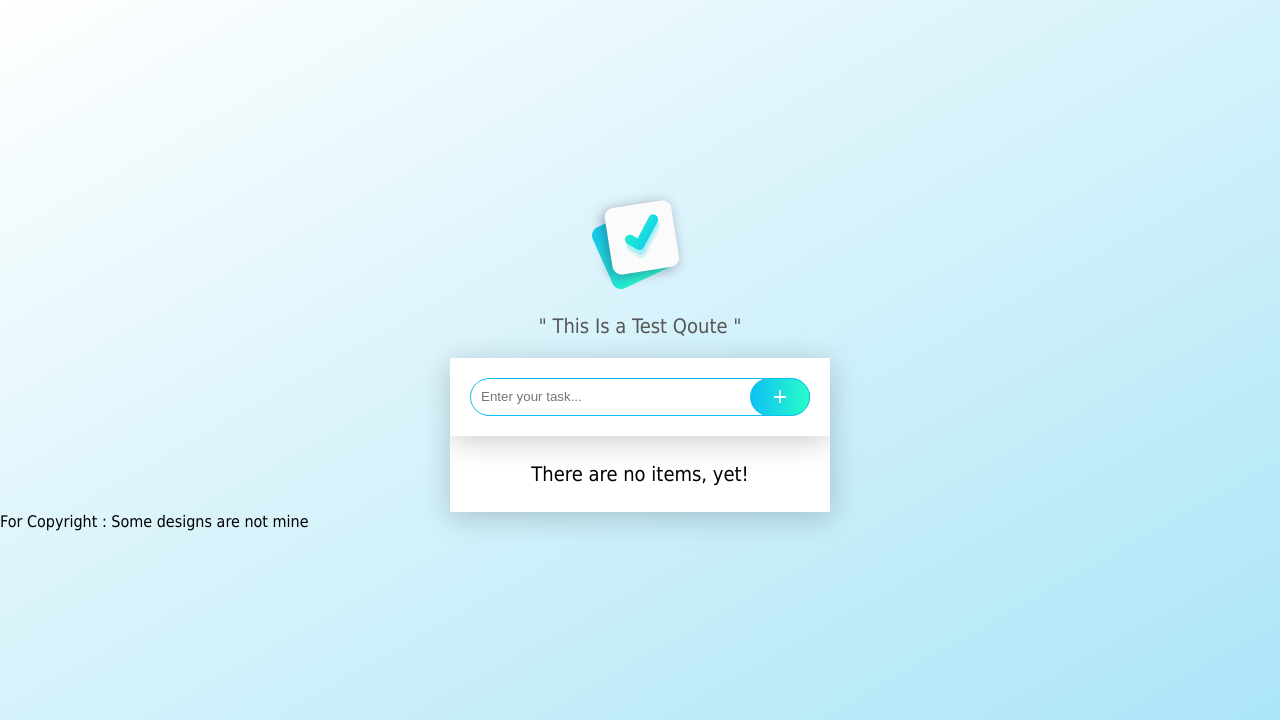
Repository: ahmedhamed15/React-Todo
Page: /
An editor plug-in stored every save of this project. The page is shown before and after the next save, followed by the edit.
The browser window is 1280 px wide. The pictures show the whole page.
The project was rebuilt for these pictures with package versions that can differ from the ones it lists, and the page was loaded fresh each time. Also part of the build but not shown: src/components/Todos/TodoItem/index.js.

Above is the page before, as saved 2021-07-27 02:16:12.

### src/index.js
import React from 'react';
import ReactDOM from 'react-dom';
import './index.scss';
import App from './App';

ReactDOM.render(<App />,document.getElementById('root'));

### src/index.scss
html {
  background-image: linear-gradient(to right bottom, #ffffff, #abe5f7);
  height: 100%;
  display: flex;
}
body {
  width: 100%;
  margin: auto;
  margin: 0;
  padding: 0;
  font-family: 'tahoma', arial;
}

#root {
  height: 100%;
}
.App {
  display: flex;
  flex-direction: column;
  justify-content: center;
  height: 100%;
}

/* width */
::-webkit-scrollbar {
  width: 5px;
}

/* Track */
::-webkit-scrollbar-track {
  background: #f1f1f1;
}

/* Handle */
::-webkit-scrollbar-thumb {
  background-image: linear-gradient(to bottom, #0FC0F5, #27FDC7);
}

/* Handle on hover */
::-webkit-scrollbar-thumb:hover {
  background-image: linear-gradient(to bottom, #27FDC7, #0FC0F5);
}

### src/App.js
import MainLogo from "./components/MainLogo";
import Qoute from "./components/Qoute";
import TodoList from "./components/Todos/TodoList";

function App() {
  return (
    <section className="App">
      <MainLogo />
      <Qoute />
      <TodoList />
    </section>
  );
}

export default App;

### src/components/MainLogo/index.js
import "./style.scss"

const index = () => {
    return (
        <section className="main-logo">
            <svg width="100px" height="100px" viewBox="0 0 100 100" version="1.1" xmlns="http://www.w3.org/2000/svg" xmlnsXlink="http://www.w3.org/1999/xlink">
                <desc>Created with Sketch.</desc>
                <defs>
                <linearGradient x1="34.9523037%" y1="0%" x2="116.039609%" y2="115.484477%" id="linearGradient-1">
                    <stop stopColor="#27FDC7" offset="0%"></stop>
                    <stop stopColor="#0FC0F5" offset="100%"></stop>
                </linearGradient>
                <rect id="path-2" x="19.8783454" y="5.46149939" width="67.2578578" height="67.2008596" rx="8.99999976"></rect>
                <filter x="-35.7%" y="-28.3%" width="162.4%" height="162.5%" filterUnits="objectBoundingBox" id="filter-3">
                    <feOffset dx="-3" dy="2" in="SourceAlpha" result="shadowOffsetOuter1"></feOffset>
                    <feGaussianBlur stdDeviation="6.5" in="shadowOffsetOuter1" result="shadowBlurOuter1"></feGaussianBlur>
                    <feColorMatrix values="0 0 0 0 0.0296505968   0 0 0 0 0.0172602666   0 0 0 0 0.100446429  0 0 0 0.423177083 0" type="matrix" in="shadowBlurOuter1"></feColorMatrix>
                </filter>
                <linearGradient x1="0%" y1="0%" x2="115.291753%" y2="112.548614%" id="linearGradient-4">
                    <stop stopColor="#27FDC7" offset="0%"></stop>
                    <stop stopColor="#0FC0F5" offset="83.2001616%"></stop>
                    <stop stopColor="#27FDC7" offset="100%"></stop>
                </linearGradient>
                <path d="M40.2086259,6.21042694 C39.2480415,5.24152695 38.1027468,4.75708888 36.7727039,4.75708888 C35.4426658,4.75708888 34.3096854,5.24152695 33.3737297,6.21042694 L16.3049725,23.7622477 L12.0193093,19.3649757 C11.0833536,18.3960804 9.9503732,17.9116376 8.62033507,17.9116376 C7.29029269,17.9116376 6.14499751,18.3960804 5.1844131,19.3649757 C4.24845898,20.3338709 3.78048896,21.5077058 3.78048896,22.8865186 C3.78048896,24.2653314 4.24845898,25.4391663 5.1844131,26.4080615 L12.8690505,34.3082476 C13.8296349,35.2771428 14.9749296,35.7615833 16.3049725,35.7615833 C17.6350106,35.7615833 18.767991,35.2771428 19.7039467,34.3082476 L40.2086259,13.2535128 C41.1445816,12.2597758 41.61255,11.0797257 41.61255,9.71333379 C41.61255,8.34694665 41.1445816,7.17932216 40.2086259,6.21042694 Z" id="path-5"></path>
                <filter x="-51.5%" y="-62.9%" width="203.1%" height="225.8%" filterUnits="objectBoundingBox" id="filter-6">
                    <feOffset dx="0" dy="0" in="SourceAlpha" result="shadowOffsetOuter1"></feOffset>
                    <feGaussianBlur stdDeviation="6.5" in="shadowOffsetOuter1" result="shadowBlurOuter1"></feGaussianBlur>
                    <feColorMatrix values="0 0 0 0 1   0 0 0 0 1   0 0 0 0 1  0 0 0 0.588937953 0" type="matrix" in="shadowBlurOuter1"></feColorMatrix>
                </filter>
                </defs>
                <g id="Page-1" stroke="none" strokeWidth="1" fill="none" fillRule="evenodd">
                <g id="Artboard-2" transform="translate(-214.000000, -272.000000)">
                    <g id="Group-4" transform="translate(201.000000, 269.000000)">
                        <g id="Group-3" transform="translate(58.787474, 58.534712) rotate(-6.000000) translate(-58.787474, -58.534712) translate(5.642436, 5.434712)">
                            <g id="Group-2" transform="translate(52.899385, 53.035097) rotate(7.000000) translate(-52.899385, -53.035097) translate(5.609309, 5.785097)">
                            <path d="M20.0219734,15.1240886 L74.1829282,14.1930575 C79.1527566,14.1076258 83.2508546,18.0672116 83.3362864,23.03704 C83.3371726,23.0885978 83.3376158,23.1401624 83.3376158,23.1917278 L83.3376158,72.0429044 C83.3376158,76.9531616 79.4018358,80.9571794 74.4923039,81.0415747 L20.3313491,81.9726057 C15.3615207,82.0580374 11.2634227,78.0984516 11.1779909,73.1286232 C11.1771047,73.0770654 11.1766615,73.0255009 11.1766615,72.9739354 L11.1766615,24.1227589 C11.1766615,19.2125016 15.1124415,15.2084838 20.0219734,15.1240886 Z" id="Rectangle" fill="url(#linearGradient-1)" transform="translate(47.257139, 48.082832) scale(-1, -1) rotate(-25.000000) translate(-47.257139, -48.082832) "></path>
                            <g id="Rectangle" transform="translate(53.507274, 39.061929) rotate(-10.000000) translate(-53.507274, -39.061929) ">
                                <use fill="black" fillOpacity="1" filter="url(#filter-3)" xlinkHref="#path-2"></use>
                                <use fill="#FBFBFB" fillRule="evenodd" xlinkHref="#path-2"></use>
                            </g>
                            </g>
                        </g>
                        <g id="Group-5" transform="translate(43.000000, 26.000000)">
                            <path d="M41.1093892,10.5623533 C40.1488048,9.59345333 39.0035101,9.10901526 37.6734673,9.10901526 C36.3434291,9.10901526 35.2104488,9.59345333 34.274493,10.5623533 L17.2057358,28.1141741 L12.9200727,23.716902 C11.9841169,22.7480068 10.8511366,22.263564 9.52109843,22.263564 C8.19105605,22.263564 7.04576086,22.7480068 6.08517646,23.716902 C5.14922234,24.6857973 4.68125232,25.8596322 4.68125232,27.238445 C4.68125232,28.6172578 5.14922234,29.7910927 6.08517646,30.7599879 L13.7698139,38.660174 C14.7303983,39.6290692 15.875693,40.1135096 17.2057358,40.1135096 C18.535774,40.1135096 19.6687543,39.6290692 20.6047101,38.660174 L41.1093892,17.6054392 C42.045345,16.6117022 42.5133134,15.4316521 42.5133134,14.0652602 C42.5133134,12.698873 42.045345,11.5312485 41.1093892,10.5623533 Z" id="Page-1" fill="url(#linearGradient-4)" opacity="0.3" transform="translate(23.597283, 24.611262) rotate(-16.000000) translate(-23.597283, -24.611262) "></path>
                            <path d="M42.0101526,14.2623533 C41.0495682,13.2934533 39.9042735,12.8090153 38.5742306,12.8090153 C37.2441925,12.8090153 36.1112121,13.2934533 35.1752564,14.2623533 L18.1064992,31.8141741 L13.820836,27.416902 C12.8848803,26.4480068 11.7518999,25.963564 10.4218618,25.963564 C9.09181941,25.963564 7.94652422,26.4480068 6.98593982,27.416902 C6.78271177,27.6272827 6.60154798,27.8473258 6.4424483,28.0770317 C5.8688243,28.9052219 5.58201568,29.8590202 5.58201568,30.938445 C5.58201568,32.3172578 6.04998569,33.4910927 6.98593982,34.4599879 L14.6705772,42.360174 C15.6311616,43.3290692 16.7764563,43.8135096 18.1064992,43.8135096 C19.4365373,43.8135096 20.5695177,43.3290692 21.5054734,42.360174 L42.0101526,21.3054392 C42.9461083,20.3117022 43.4140767,19.1316521 43.4140767,17.7652602 C43.4140767,16.398873 42.9461083,15.2312485 42.0101526,14.2623533 Z" id="Page-1" fill="url(#linearGradient-4)" opacity="0.2" transform="translate(24.498046, 28.311262) rotate(-16.000000) translate(-24.498046, -28.311262) "></path>
                            <g id="Page-1" transform="translate(22.696519, 20.259336) rotate(-16.000000) translate(-22.696519, -20.259336) ">
                            <use fill="black" fillOpacity="1" filter="url(#filter-6)" xlinkHref="#path-5"></use>
                            <use fill="url(#linearGradient-4)" fillRule="evenodd" xlinkHref="#path-5"></use>
                            </g>
                        </g>
                    </g>
                </g>
                </g>
            </svg>
        </section>
    )
}

export default index

### src/components/Qoute/index.js
import "./style.scss"

const index = () => {
    return (
        <section className="qoute">
            <blockquote> This Is a Test Qoute </blockquote>
        </section>
    )
}

export default index

### src/components/Todos/TodoList/index.js
import React, {useState} from 'react';
import TodoItem from "../TodoItem";
import TodoFrom from "../TodoForm";
import "./style.scss"

const Index = () => {

    // Main State
    const [state, setState] = useState({
        tasks: localStorage.getItem('tasks') ? JSON.parse(localStorage.getItem('tasks')) : [],
        error: ''
    });

    // Add A New Item
    const addNewItem = (title) => {
        if (title.trim() !== '') {
            let newItems = {
                    id: Math.random(),
                    title,
                    done: false
                };
            setState({
                tasks: [...state.tasks, newItems],
                error: ''
            });
            localStorage.setItem('tasks', JSON.stringify([...state.tasks, newItems]));
        } else {
            setState({
                tasks: [...state.tasks],
                error: "You must add real value!"
            });
            localStorage.setItem('tasks', JSON.stringify([...state.tasks]));
        }
    }

    // Set Item State
    const setItemState = (id) => {
        let curItems = [...state.tasks],
            newItems = curItems.map( (item) => {
                if (item.id === id) {
                    item.done = !item.done;
                    return item;
                }
                return item;
            });
        setState({
            tasks: newItems,
            error: ''
        });
        localStorage.setItem('tasks', JSON.stringify(newItems));
    }

    // Delete an Item
    const deleteItem = (id) => {
        let curItems = [...state.tasks],
            newItems = curItems.filter( (item) => item.id !== id);
        setState({
            tasks: newItems,
            error: ''
        });
        localStorage.setItem('tasks', JSON.stringify(newItems));
    }

    return (
        <section className="todos-list">

            {/* General SVG code for checkbox */}
            <svg viewBox="0 0 0 0" style={ {position: 'absolute', zIndex: '-1', opacity: '0'} }>
                <defs>
                <linearGradient id="boxGradient" gradientUnits="userSpaceOnUse" x1="0" y1="0" x2="25" y2="25">
                    <stop offset="0%"   stopColor="#27FDC7"/>
                    <stop offset="100%" stopColor="#0FC0F5"/>
                </linearGradient>

                <linearGradient id="lineGradient">
                    <stop offset="0%"    stopColor="#0FC0F5"/>
                    <stop offset="100%"  stopColor="#27FDC7"/>
                </linearGradient>

                <path id="todo__line" stroke="url(#lineGradient)" d="M21 12.3h168v0.1z"></path>
                <path id="todo__box" stroke="url(#boxGradient)" d="M21 12.7v5c0 1.3-1 2.3-2.3 2.3H8.3C7 20 6 19 6 17.7V7.3C6 6 7 5 8.3 5h10.4C20 5 21 6 21 7.3v5.4"></path>
                <path id="todo__check" stroke="url(#boxGradient)" d="M10 13l2 2 5-5"></path>
                <circle id="todo__circle" cx="13.5" cy="12.5" r="10"></circle>
                </defs>
            </svg>


            {/* Todo From */}
            <TodoFrom addNewItem={addNewItem} errorMsg={state.error} />

            {/* Todos List */}
            <div className="todo-list">
                {/* { state.error !== '' && (<div className="todo"> {state.error} </div>) } */}
                { state.tasks.length > 0 ? state.tasks.map( (item) => <TodoItem key={item.id} task={item} setItemState={setItemState} deleteItem={deleteItem} /> ) : (<div className="no-result"> There are no items, yet! </div>) }
            </div>
            <article className="copyright"> For Copyright : Some designs are not mine </article>

        </section>
    )
}

export default Index

### src/components/MainLogo/style.scss
.main-logo {
    text-align: center;
}

### src/components/Qoute/style.scss
.qoute {
    text-align: center;
    blockquote {
        font: {
            size: 20px;
            family: 'tahoma', arial;
            weight: 500;
        }
        color: #555;
        &::after,
        &::before {
            content: ' " ';
        }
    }
}

### src/components/Todos/TodoForm/index.js
import React, {useState} from "react";
import "./style.scss";

const Index = ({ addNewItem, errorMsg }) => {

    // Init Value
    const [state, setState] = useState('');

    // Submit Handle
    const submitHandle = (e) => {
        e.preventDefault();
        addNewItem(e.target.title.value);
        setState('');
    }

    return (
        <form className="todo-form" onSubmit={submitHandle}>
            <input type="text" className="todo-form__input-type" name="title" placeholder="Enter your task..." onChange={(e) => setState(e.target.value)} value={state} />
            <button type="submit" className="todo-form__button-type"> + </button>
            {errorMsg !== '' && (<div className="error-message"> {errorMsg} </div>)}
        </form>
    )
}

export default Index

### src/components/Todos/TodoList/style.scss
.todo-list {
    background: #FFF;
    font-size: 20px;
    max-width: 17em;
    margin: auto;
    padding: 0.5em 1em;
    box-shadow: 0 5px 30px rgba(0, 0, 0, 0.2);
    max-height: 345px;
    overflow-y: auto;
    overflow-x: hidden;
    direction: rtl;
}

### src/components/Todos/TodoItem/style.scss
  .todo {
    display: block;
    position: relative;
    padding: 1em 0.3em 1em 16%;
    margin: 0 auto;
    cursor: pointer;
    direction: ltr;
  }
  .no-result {
    padding: 1rem;
    text-align: center;
    direction: ltr;
  }
  .todo:last-child {
    border-bottom: none;
  }
  .todo__state {
    position: absolute;
    top: 0;
    left: 0;
    opacity: 0;
  }
  .todo__text {
    color: #135156;
    transition: all 0.4s linear 0.4s;
    padding-left: 0;
    text-align: left;
    word-break: break-word;
  }
  .todo__icon {
    position: absolute;
    top: 0;
    bottom: 0;
    left: 0;
    width: 100%;
    height: auto;
    margin: auto;
    fill: none;
    stroke: #27FDC7;
    stroke-width: 2;
    stroke-linejoin: round;
    stroke-linecap: round;
    z-index: 999;
  }
  .todo__line,
  .todo__box,
  .todo__check {
    transition: stroke-dashoffset 0.8s cubic-bezier(0.9, 0, 0.5, 1);
  }
  .todo__circle {
    stroke: #27FDC7;
    stroke-dasharray: 1 6;
    stroke-width: 0;
    transform-origin: 13.5px 12.5px;
    transform: scale(0.4) rotate(0deg);
    -webkit-animation: none 0.8s linear;
            animation: none 0.8s linear;
  }
  @-webkit-keyframes explode {
    30% {
      stroke-width: 3;
      stroke-opacity: 1;
      transform: scale(0.8) rotate(40deg);
    }
    100% {
      stroke-width: 0;
      stroke-opacity: 0;
      transform: scale(1.1) rotate(60deg);
    }
  }
  @keyframes explode {
    30% {
      stroke-width: 3;
      stroke-opacity: 1;
      transform: scale(0.8) rotate(40deg);
    }
    100% {
      stroke-width: 0;
      stroke-opacity: 0;
      transform: scale(1.1) rotate(60deg);
    }
  }
  .todo__box {
    stroke-dasharray: 56.1053, 56.1053;
    stroke-dashoffset: 0;
    transition-delay: 0.16s;
  }
  .todo__check {
    stroke: #27FDC7;
    stroke-dasharray: 9.8995, 9.8995;
    stroke-dashoffset: 9.8995;
    transition-duration: 0.32s;
  }
  .todo__line {
    stroke-dasharray: 168, 1684;
    stroke-dashoffset: 168;
  }
  .todo__circle {
    -webkit-animation-delay: 0.56s;
            animation-delay: 0.56s;
    -webkit-animation-duration: 0.56s;
            animation-duration: 0.56s;
  }
  .todo__state:checked ~ .todo__text {
    transition-delay: 0s;
    color: #5EBEC1;
    opacity: 0.6;
  }
  .todo__state:checked ~ .todo__icon .todo__box {
    stroke-dashoffset: 56.1053;
    transition-delay: 0s;
  }
  .todo__state:checked ~ .todo__icon .todo__line {
    stroke-dashoffset: -8;
  }
  .todo__state:checked ~ .todo__icon .todo__check {
    stroke-dashoffset: 0;
    transition-delay: 0.48s;
  }
  .todo__state:checked ~ .todo__icon .todo__circle {
    -webkit-animation-name: explode;
            animation-name: explode;
  }
  .todo-item {
    position: relative;
    margin-right: 30px;
    &:not(:last-child) {
      .todo {
        border-bottom: solid 1px #ddd;
      }
    }
  }
  .todo__delete-btn {
    color: red;
    font: {
      size: 19px;
      weight: bold
    };
    position: absolute;
    top: 50%;
    right: -25px;
    transform: translateY(-50%);
    background-image: linear-gradient(to right, #0FC0F5, #27FDC7);
    width: 25px;
    height: 25px;
    text-align: center;
    border-radius: 50%;
    cursor: pointer;
  }

### src/components/Todos/TodoForm/style.scss
.todo-form {
    background: #FFF;
    font-size: 20px;
    max-width: 17em;
    margin: auto;
    padding: 1em;
    box-shadow: 0 5px 30px rgba(0, 0, 0, 0.2);
    display: flex;
    position: relative;
    flex-wrap: wrap;
    .todo-form__input-type,
    .todo-form__button-type {
        height: 30px;
        border: 1px solid #0FC0F5;
    }
    .todo-form__input-type {
        width: 100%;
        padding: 3px 10px;
        border-radius: 30px;
        padding-right: 65px;
        &:focus {
            outline: 0;
        }
    }
    .todo-form__button-type {
        border-radius: 30px;
        width: 60px;
        height: 38px;
        background: none;
        color: #FFF;
        cursor: pointer;
        position: absolute;
        right: 0.8em;
        background-image: linear-gradient(to right, #0FC0F5, #27FDC7);
        border: 1px solid #0FC0F5;
        top: 20px;
        font: {
            size: 25px;
        }
        &:focus {
            outline: 0;
        }
    }
}
.error-message {
    width: 100%;
    text-align: center;
    font-size: 15px;
    color: red;
    margin-top: 10px;
}

Loaded but not shown: public/index.html (common file)

After the next save:
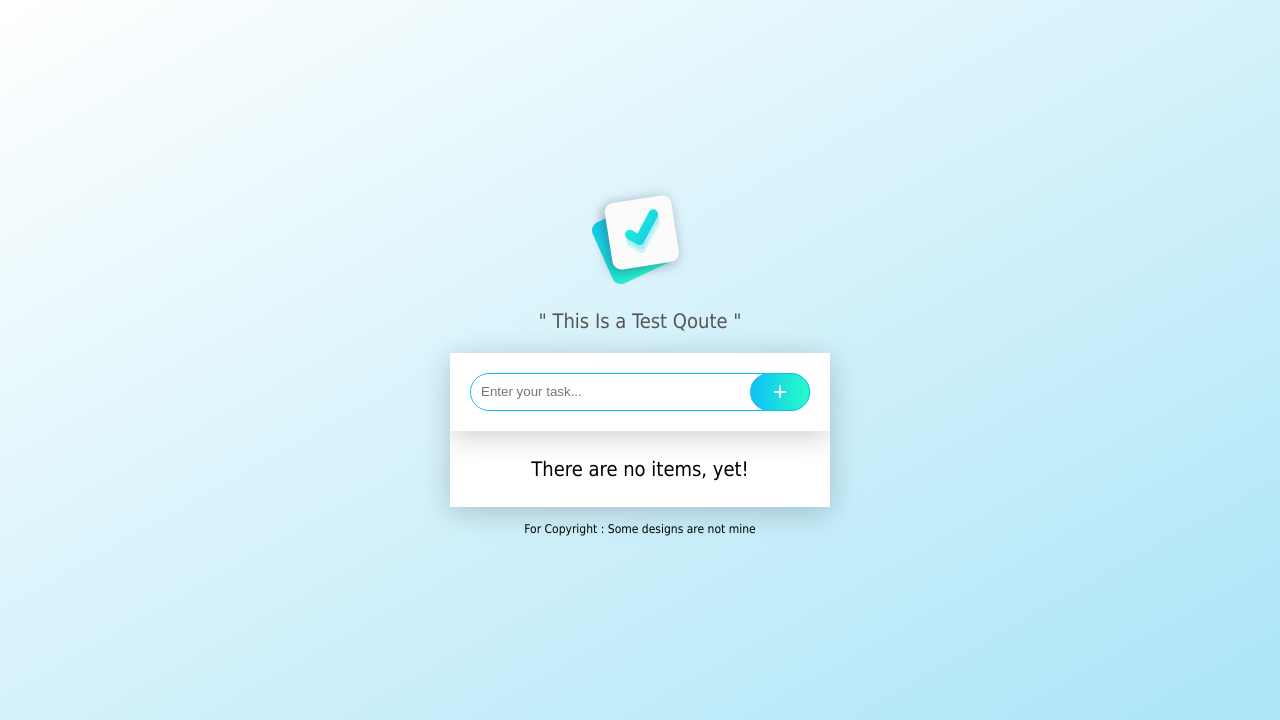
Saved 10 s later.
--- a/src/index.scss
+++ b/src/index.scss
@@ -40,3 +40,9 @@ body {
 ::-webkit-scrollbar-thumb:hover {
   background-image: linear-gradient(to bottom, #27FDC7, #0FC0F5);
 }
+
+.copyright {
+  text-align: center;
+    font-size: 12px;
+    margin-top: 15px;
+}
